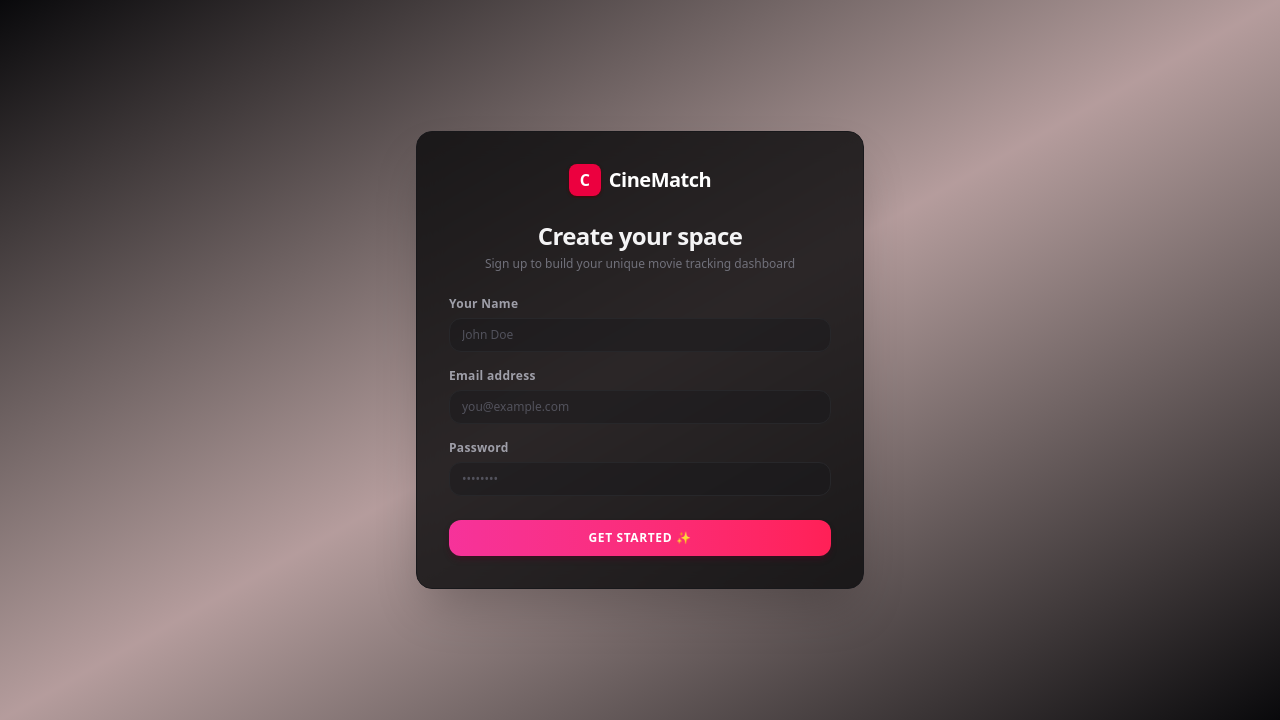
Repository: Mahak182005/CineMatch
Page: /signup
These files come from the project's save history. The page is drawn as it stood at one moment and after the next save; the edit follows.
The browser window is 1280 px wide. The pictures show the whole page.
The project was rebuilt for these pictures with package versions that can differ from the ones it lists, and the page was loaded fresh each time. Also part of the build but not shown: vite.config.js, src/Components/Mood.jsx, src/Data/MoodData.js, src/Data/api.js, src/Components/MovieCart.jsx, src/Logic/search.js, src/Components/MovieDetailModal.jsx, src/pages/Home.jsx and 13 more.

Above is the page before, as saved 2026-10-14 05:12:08.

After the next save:
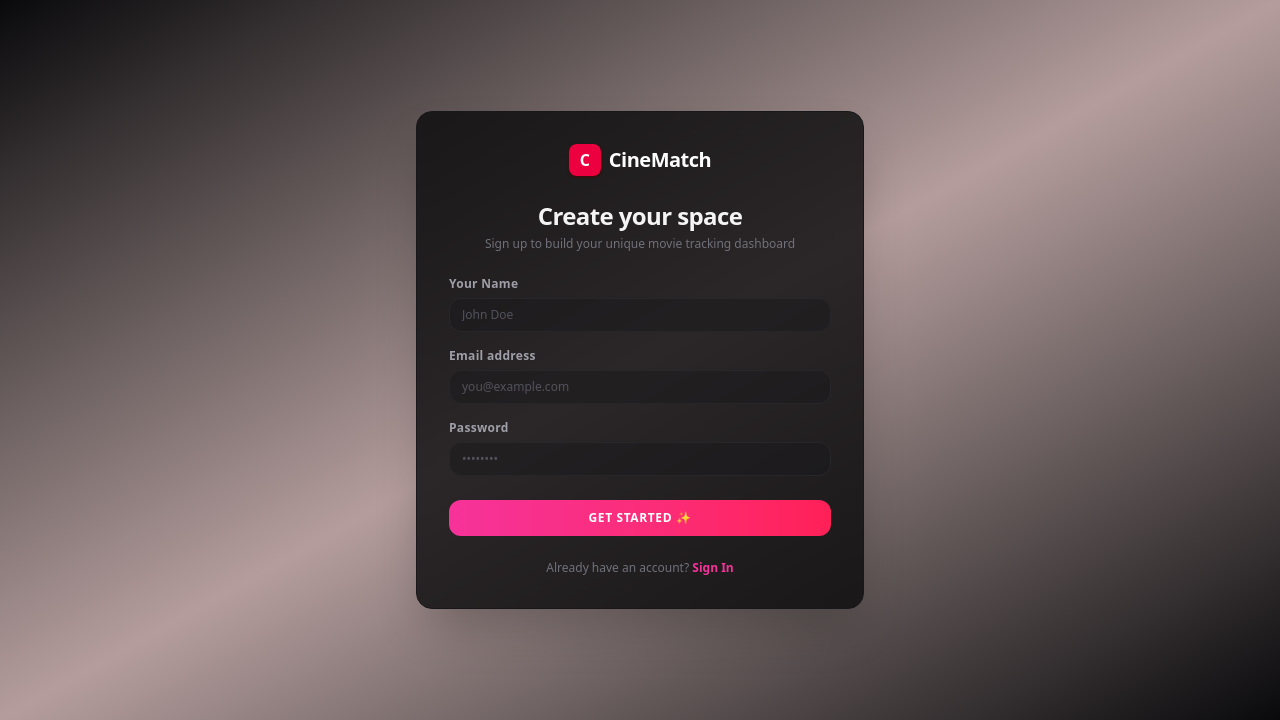
Saved 2 min 15 s later.
--- a/src/pages/SignUp.jsx
+++ b/src/pages/SignUp.jsx
@@ -1,9 +1,11 @@
 import React, { useState } from 'react';
+import { useNavigate } from 'react-router-dom';
 
-export function SignUp({ onSignUpSuccess }) {
+export function SignUp() {
   const [name, setName] = useState('');
   const [email, setEmail] = useState('');
   const [password, setPassword] = useState('');
+  const navigate = useNavigate();
 
   const handleSignUpSubmit = (e) => {
     e.preventDefault();
@@ -13,34 +15,31 @@ export function SignUp({ onSignUpSuccess }) {
       return;
     }
 
-    // Sign Up Logic: User ka naam aur login token storage me save kiya
-    localStorage.setItem('user_profile_name', name);
-    localStorage.setItem('isLoggedIn', 'true');
+    // 💡 असली लॉजिक: यूजर का क्रेडेंशियल्स ब्राउज़र की मेमोरी में रजिस्टर किया
+    localStorage.setItem('registered_user_name', name);
+    localStorage.setItem('registered_user_email', email.toLowerCase().trim());
+    localStorage.setItem('registered_user_password', password);
 
-    alert(`Registration Successful! Welcome ${name} ✨`);
+    alert(`Registration Successful, ${name}! Now you can Sign In. ✨`);
 
-    // Main page par redirect karne ke liye callback trigger
-    if (onSignUpSuccess) onSignUpSuccess();
+    // अकाउंट बनते ही सीधे लॉगिन पेज पर भेज दो
+    navigate('/signin');
   };
 
   return (
     <div className="min-h-screen w-full bg-gradient-to-br from-zinc-950 via-red-950/40 to-zinc-950 text-white flex items-center justify-center p-4 font-sans antialiased">
-      {/* Central Card Container */}
       <div className="w-full max-w-md bg-zinc-950/80 border border-zinc-900 rounded-2xl p-6 md:p-8 shadow-2xl backdrop-blur-md text-left">
 
-        {/* Brand Logo Identity */}
         <div className="flex items-center space-x-2 justify-center mb-6">
           <div className="w-8 h-8 bg-rose-600 rounded-lg flex items-center justify-center font-black text-base text-white shadow shadow-red-950">C</div>
           <span className="font-black text-xl tracking-tight text-white">CineMatch</span>
         </div>
 
-        {/* Title */}
         <div className="text-center mb-6">
           <h2 className="text-2xl font-extrabold tracking-tight text-zinc-100">Create your space</h2>
           <p className="text-zinc-500 text-xs mt-1">Sign up to build your unique movie tracking dashboard</p>
         </div>
 
-        {/* Form Inputs */}
         <form onSubmit={handleSignUpSubmit} className="space-y-4">
           <div>
             <label className="block text-zinc-400 text-xs font-semibold mb-1.5 tracking-wide">Your Name</label>
@@ -49,7 +48,7 @@ export function SignUp({ onSignUpSuccess }) {
               placeholder="John Doe"
               value={name}
               onChange={(e) => setName(e.target.value)}
-              className="w-full bg-zinc-900/40 border border-zinc-800 rounded-xl py-2 px-3 text-xs text-zinc-200 placeholder-zinc-600 focus:outline-none focus:border-red-900/60 focus:bg-zinc-950/90 transition-all"
+              className="w-full bg-zinc-900/40 border border-zinc-800 rounded-xl py-2 px-3 text-xs text-zinc-200 placeholder-zinc-600 focus:outline-none focus:border-red-900/60"
               required
             />
           </div>
@@ -61,7 +60,7 @@ export function SignUp({ onSignUpSuccess }) {
               placeholder="you@example.com"
               value={email}
               onChange={(e) => setEmail(e.target.value)}
-              className="w-full bg-zinc-900/40 border border-zinc-800 rounded-xl py-2 px-3 text-xs text-zinc-200 placeholder-zinc-600 focus:outline-none focus:border-red-900/60 focus:bg-zinc-950/90 transition-all"
+              className="w-full bg-zinc-900/40 border border-zinc-800 rounded-xl py-2 px-3 text-xs text-zinc-200 placeholder-zinc-600 focus:outline-none focus:border-red-900/60"
               required
             />
           </div>
@@ -73,18 +72,24 @@ export function SignUp({ onSignUpSuccess }) {
               placeholder="••••••••"
               value={password}
               onChange={(e) => setPassword(e.target.value)}
-              className="w-full bg-zinc-900/40 border border-zinc-800 rounded-xl py-2 px-3 text-xs text-zinc-200 placeholder-zinc-600 focus:outline-none focus:border-red-900/60 focus:bg-zinc-950/90 transition-all"
+              className="w-full bg-zinc-900/40 border border-zinc-800 rounded-xl py-2 px-3 text-xs text-zinc-200 placeholder-zinc-600 focus:outline-none focus:border-red-900/60"
               required
             />
           </div>
 
-          <button
-            type="submit"
-            className="w-full bg-gradient-to-r from-pink-500 to-rose-500 hover:from-pink-600 hover:to-rose-600 text-white font-bold text-xs py-2.5 rounded-xl transition-all shadow-md shadow-pink-950/40 cursor-pointer tracking-wider active:scale-95 mt-2 uppercase"
-          >
+          <button type="submit" className="w-full bg-gradient-to-r from-pink-500 to-rose-500 text-white font-bold text-xs py-2.5 rounded-xl uppercase tracking-wider mt-2 cursor-pointer">
             Get Started ✨
           </button>
         </form>
+
+        <div className="mt-6 text-center">
+          <p className="text-zinc-500 text-xs">
+            Already have an account?{' '}
+            <button onClick={() => navigate('/signin')} className="text-pink-500 font-bold hover:underline bg-transparent border-none cursor-pointer">
+              Sign In
+            </button>
+          </p>
+        </div>
 
       </div>
     </div>
